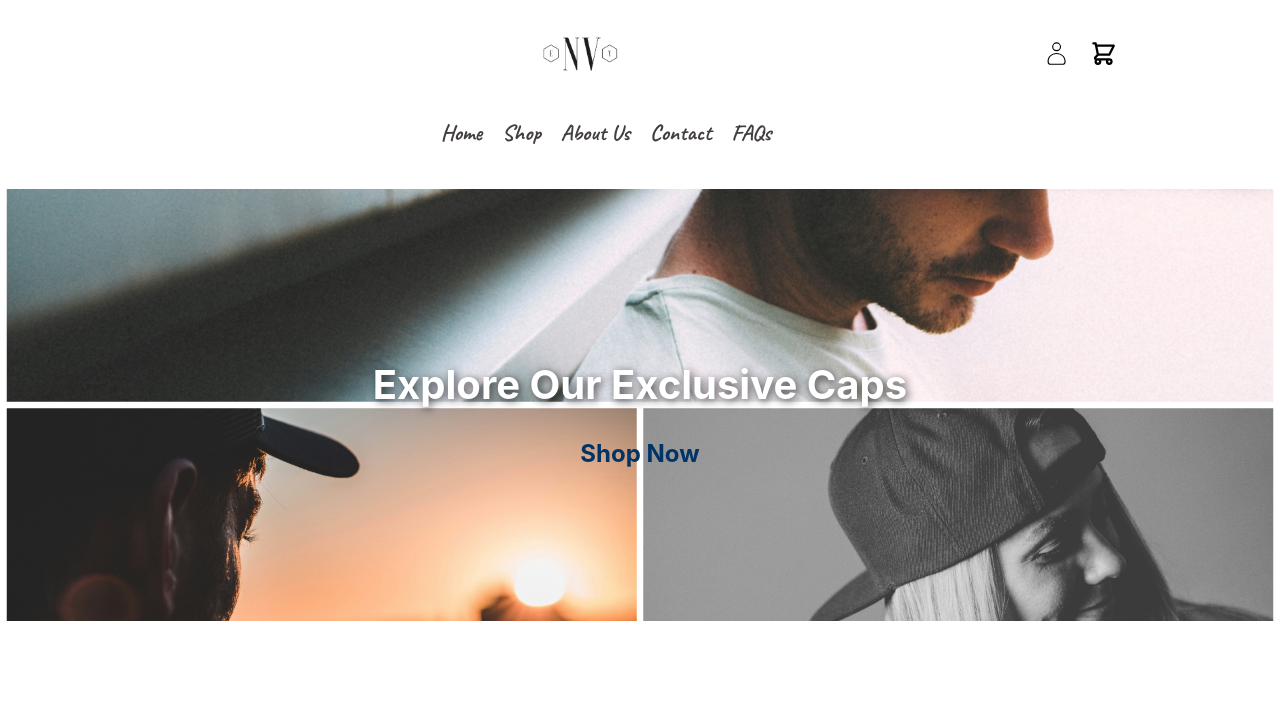
Repository: lasity34/new-envy
Page: / (app in my-new-envy/)
An editor plug-in stored every save of this project. The page is shown before and after the next save, followed by the edit.
The browser window is 1280 px wide. The pictures show the whole page.
The project was rebuilt for these pictures with package versions that can differ from the ones it lists, and the page was loaded fresh each time.

Above is the page before, as saved 2024-04-22 10:19:16.

### my-new-envy/public/index.html
<!DOCTYPE html>
<html lang="en">
  <head>
    <meta charset="utf-8" />
    <link rel="icon" href="%PUBLIC_URL%/logo.png" />
    <meta name="viewport" content="width=device-width, initial-scale=1" />
    <meta name="theme-color" content="#000000" />
    <meta
      name="description"
      content="Web site created using create-react-app"
    />
    <link rel="apple-touch-icon" href="%PUBLIC_URL%/logo.png" />
    <!--
      manifest.json provides metadata used when your web app is installed on a
      user's mobile device or desktop. See https://developers.google.com/web/fundamentals/web-app-manifest/
    -->
    <link rel="manifest" href="%PUBLIC_URL%/manifest.json" />
    <!--
      Notice the use of %PUBLIC_URL% in the tags above.
      It will be replaced with the URL of the `public` folder during the build.
      Only files inside the `public` folder can be referenced from the HTML.

      Unlike "/favicon.ico" or "favicon.ico", "%PUBLIC_URL%/favicon.ico" will
      work correctly both with client-side routing and a non-root public URL.
      Learn how to configure a non-root public URL by running `npm run build`.
    -->
    <link rel="preconnect" href="https://fonts.googleapis.com">
<link rel="preconnect" href="https://fonts.gstatic.com" crossorigin>
<link href="https://fonts.googleapis.com/css2?family=Crimson+Text:ital,wght@0,400;0,600;0,700;1,400;1,600;1,700&display=swap" rel="stylesheet">
<link href="https://fonts.googleapis.com/css2?family=Caveat:wght@400..700&display=swap" rel="stylesheet">
    <title>Envy</title>
  </head>
  <body>
    <noscript>You need to enable JavaScript to run this app.</noscript>
    <div id="root"></div>
    <!--
      This HTML file is a template.
      If you open it directly in the browser, you will see an empty page.

      You can add webfonts, meta tags, or analytics to this file.
      The build step will place the bundled scripts into the <body> tag.

      To begin the development, run `npm start` or `yarn start`.
      To create a production bundle, use `npm run build` or `yarn build`.
    -->
  </body>
</html>

### my-new-envy/src/App.tsx

import { BrowserRouter as Router } from 'react-router-dom';
import Header from './components/Header';
import HeroBanner from './components/HeroBanner';

function App() {
  return (
    <Router>
      <div className="App">

          <Header />
          <HeroBanner />
      </div>
    </Router>
  );
}

export default App;

### my-new-envy/src/components/Header.tsx
import styled from "styled-components";
import { Link } from "react-router-dom";
import { CiUser } from "react-icons/ci";
import { HiOutlineShoppingCart } from "react-icons/hi";

// Define basic styled components
const HeaderContainer = styled.header`
font-family: "Caveat", cursive;
  color: black;
  padding: 20px 40px; // Adjust the padding to match the spacing in the screenshot
  display: flex;
  justify-content: space-between; // Align items to the start and end of the header
  align-items: center; // Center items vertically
  flex-direction: column;
`;

const BannerContainer = styled.div`
  display: flex;
  justify-content: space-between;
  width: 100%;
`;

const SearchContainer = styled.div`
  width: 20%;
`;

const LogoContainer = styled.div`
  display: flex;
  justify-content: center;
  align-items: center;
  width: 35%;
`;

const AccountCartContainer = styled.div`
  display: flex;
  justify-content: center;
  align-items: center;
  list-style: none;
  width: 30%;
`;

const Nav = styled.nav`
  width: 100%;
  display: flex;
  justify-content: center;
  margin-right: 8em;

`;

const NavLinks = styled.ul`
  list-style: none;
  display: flex;
  font-size: 1.4rem;
`;

const IconNavLinks = styled.ul`
  display: flex;
  justify-content: center;
  width: 70%;
`;

const IconNavLink = styled.li`
  list-style: none;
  color: black;

  a {
    color: black;
    text-decoration: none;
    font-size: 1.7rem;
    padding: 0 10px;

    &:hover {
      color: black; // Change color on hover
    }
  }
`;


const NavLink = styled.li`
  position: relative;
  margin-left: 20px;

  a {
    color: #433f3e;
    text-decoration: none;
    font-weight: bold;
    display: inline-block;
    position: relative;

    &::after {
      content: '';
      position: absolute;
      bottom: -5px; // Distance from the bottom of the link text
      left: 0;
      right: 0;
      width: 0; // Start with no width
      height: 2px;
      background-color: black;
      transition: width 0.5s ease, left 0.5s ease; // Animate the width and left position
      transform: translateX(-50%);
    }

    &:hover::after {
      width: 100%; // Full width on hover
      left: 50%; // Centering it with the left position during hover
      transform: translateX(-50%); // Ensure it grows from the center
    }
  }
`;

const CapImage = styled.img`
  width: 100px;
`;

// Simplified Header component
const Header = () => {
  return (
    <HeaderContainer>
      <BannerContainer>
        <SearchContainer></SearchContainer>

        <LogoContainer>
          <Link to="/">
            <CapImage src="images/logo.png" alt="Queue" />
          </Link>
        </LogoContainer>

        <AccountCartContainer>
          <IconNavLinks>
            <IconNavLink>
              <Link to="/account">
                <CiUser />
              </Link>
            </IconNavLink>
            <IconNavLink>
              <Link to="/cart">
                <HiOutlineShoppingCart />
              </Link>
            </IconNavLink>
          </IconNavLinks>
        </AccountCartContainer>
      </BannerContainer>
      <Nav>
        <NavLinks>
          <NavLink>
            <Link to="/">Home</Link>
          </NavLink>
          <NavLink>
            <Link to="/shop">Shop</Link>
          </NavLink>
          <NavLink>
            <Link to="/about">About Us</Link>
          </NavLink>
          <NavLink>
            <Link to="/contact">Contact</Link>
          </NavLink>
          <NavLink>
            <Link to="/faq">FAQs</Link>
          </NavLink>
        </NavLinks>
      </Nav>
    </HeaderContainer>
  );
};

export default Header;

### my-new-envy/src/components/HeroBanner.tsx

import styled from 'styled-components';
import { Link } from 'react-router-dom';

const BannerContainer = styled.div`
  width: 100vw; // Ensures it takes the full viewport width
  height: 60vh; // You can adjust the height as needed
  background-image: url('images/hero-background.png');
  background-size: cover; // Cover the entire area of the div
  background-repeat: no-repeat;
  background-position: center center; // Centers the background image
  display: flex;
  justify-content: center;
  align-items: center;
  flex-direction: column;
  text-align: center;
  color: white;
  position: relative; // Added to ensure it positions relative to the viewport if needed
`;

const Tagline = styled.h1`
  font-size: 2.5rem;
  margin-bottom: 20px;
  text-shadow: 2px 2px 8px rgba(0,0,0,0.7); // Enhances legibility over the hero image
`;

const ShopButton = styled(Link)`
  padding: 10px 20px;

  color: #003366; // Deep blue
  font-size: 1.5rem;
  font-weight: bold;
  border: none;
  border-radius: 5px;
  text-decoration: none;

  &:hover {
    background-color: #f1c40f;
    color: #fff;
  }
`;

const HeroBanner = () => {
  return (
    <BannerContainer>
      <Tagline>Explore Our Exclusive Caps</Tagline>
      <ShopButton to="/shop">Shop Now</ShopButton>
    </BannerContainer>
  );
};

export default HeroBanner;

Loaded but not shown: my-new-envy/src/index.tsx (common file); my-new-envy/src/index.css (common file); my-new-envy/src/reportWebVitals.ts (common file)

After the next save:
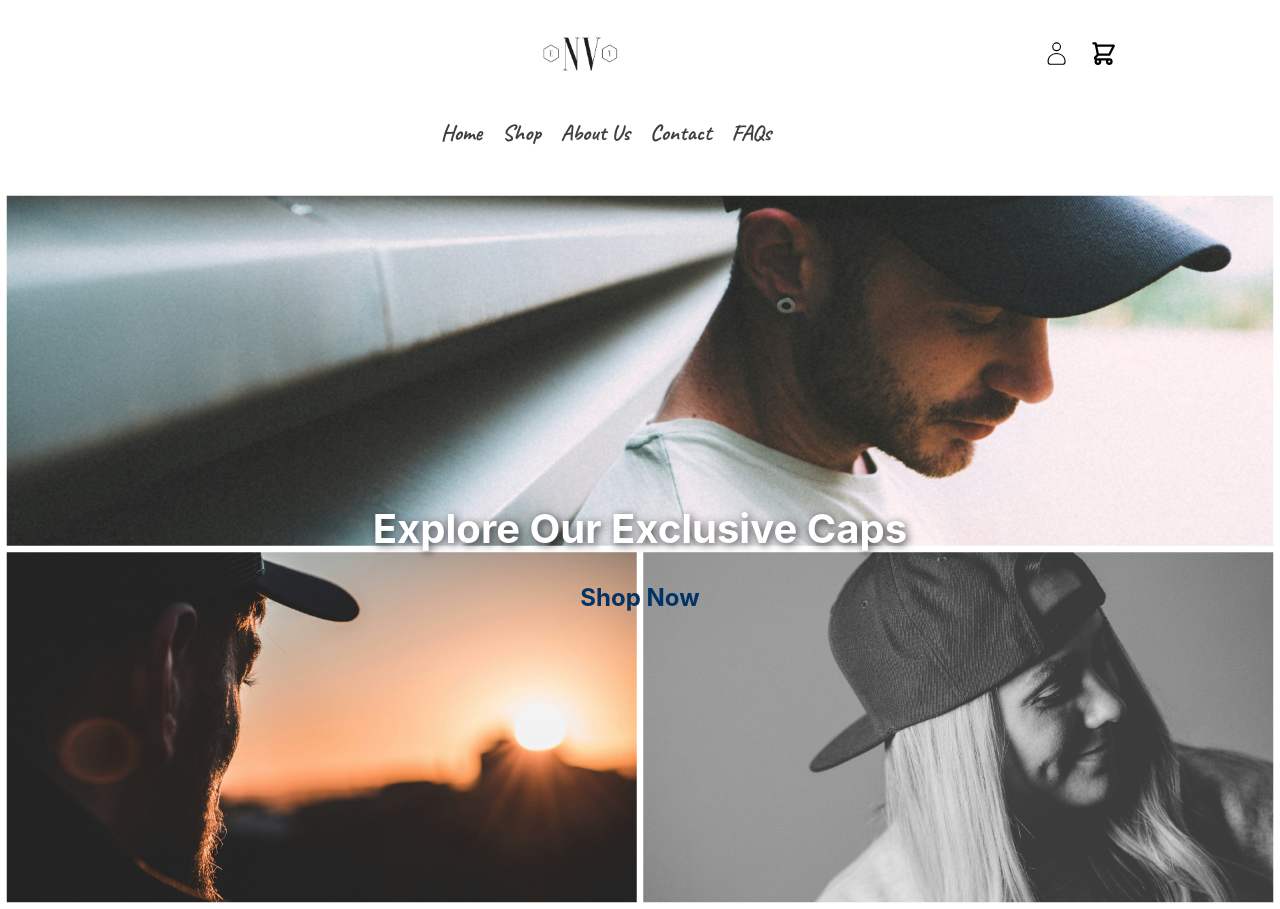
Saved 24 s later.
--- a/my-new-envy/src/components/HeroBanner.tsx
+++ b/my-new-envy/src/components/HeroBanner.tsx
@@ -4,7 +4,7 @@ import { Link } from 'react-router-dom';
 
 const BannerContainer = styled.div`
   width: 100vw; // Ensures it takes the full viewport width
-  height: 60vh; // You can adjust the height as needed
+  height: 100vh; // You can adjust the height as needed
   background-image: url('images/hero-background.png');
   background-size: cover; // Cover the entire area of the div
   background-repeat: no-repeat;
